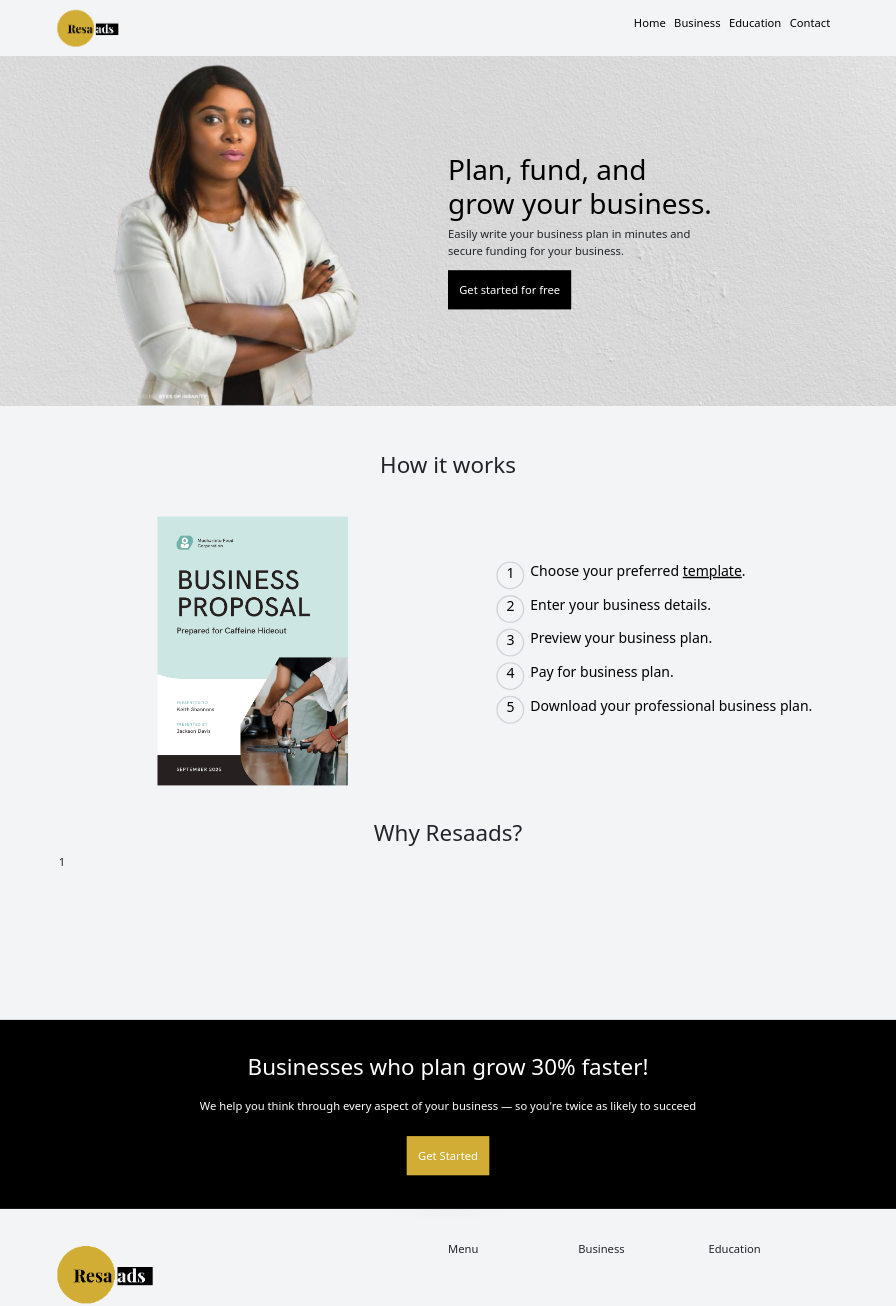
Repository: latenightsnacc/resaads-consults
Page: index.html
The author's editor kept a copy of each file at every save. The page is drawn from the files as they stood at one save, then again after the next save.
The browser window is 1280 px wide. The pictures show the whole page, at 70% of full size.
Some web libraries are served in a nearby version.

Above is the page before, as saved 2021-08-05 12:27:58.

### index.html
<!DOCTYPE html>
<html lang="en">
<head>
    <meta charset="UTF-8">
    <meta http-equiv="X-UA-Compatible" content="IE=edge">
    <meta name="viewport" content="width=device-width, initial-scale=1.0">
    <!--Tailwind Css-->
    <link href="https://unpkg.com/tailwindcss@^2/dist/tailwind.min.css" rel="stylesheet">
    <!--Bootstrap CSS-->
    <link href="https://cdn.jsdelivr.net/npm/bootstrap@5.0.0-beta3/dist/css/bootstrap.min.css" rel="stylesheet" integrity="sha384-eOJMYsd53ii+scO/bJGFsiCZc+5NDVN2yr8+0RDqr0Ql0h+rP48ckxlpbzKgwra6" crossorigin="anonymous">
    <!--Font Awesome 5 CDN-->
    <link href="https://cdnjs.cloudflare.com/ajax/libs/font-awesome/5.13.0/css/all.min.css" rel="stylesheet">
    <!--Material Icons-->
    <link href="https://fonts.googleapis.com/css?family=Material+Icons|Material+Icons+Outlined|Material+Icons+Two+Tone|Material+Icons+Round|Material+Icons+Sharp" rel="stylesheet">
    <!--Google Font-->
    <link rel="preconnect" href="https://fonts.gstatic.com">
    <link href="https://fonts.googleapis.com/css2?family=Archivo:wght@400;700&display=swap" rel="stylesheet">
    <!--Page Title-->
    <title>Resaads Consults</title>

    <style>
        .primary-bg {
            background-color: #d2ad35 ;
        }
        a.primary:hover {
            color: #d2ad35;
            font-weight: 500;
        }
        .border-yellow-800 {
            border-color: #d2ad35 !important;
        }
        #banner {
            background-image: url('assets/images/pexels-lorenzo-242236.jpg');
            background-size: cover;
        }

    </style>
</head>
<body class="bg-gray-100">
    <header class="container">
        <nav class="flex flex-row h-20 w-full justify-between items-center">
            <a href="index.html" class="w-24">
                <img src="assets/logos/Logo-150px-removebg-preview.png" alt="" class="w-full">
            </a>
            <ul class="flex flex-row">
                <li class="mr-3">
                    <a href="index.html" class="text-black no-underline primary">Home</a>
                </li>
                <li class="mr-3">
                    <a href="" class=" text-black no-underline primary">Business</a>
                </li>
                <li class="mr-3">
                    <a href="" class=" text-black no-underline primary">Education</a>
                </li>
                <li class="mr-3">
                    <a href="" class="text-black no-underline primary">Contact</a>
                </li>
            </ul>
        </nav>
    </header>
    <main>
        <section id="banner">
            <div class="container">
                <div class="flex flex-row">
                    <div class="w-1/2">
                        <img src="assets/images/Front-Banner-removebg-preview.png" alt="">
                    </div>
                    <div class="w-1/2 flex flex-col justify-center items-start">
                        <h1 class="text-black fontbold">
                            Plan, fund, and
                            <br/><span>grow your business.</span>
                        </h1>
                        <p>Easily write your business plan in minutes and <br/>secure funding for your business. </p>
                        <a href="#" class="">
                            <button class="bg-black text-white p-3">Get started for free</button>
                        </a>
                    </div>
                </div>
            </div>
        </section>
        <!--Spacer-->
        <div class="my-5"></div>
        <section id="how-it-works">
            <div class="container">
                <h2 class="text-center pt-3 pb-5">How it works</h2>
                <div class="flex flex-row">
                    <div class="w-1/2">
                        <div class="flex justify-center h-96">
                            <img class="h-full" src="assets/images/Businessplan.png" alt="">
                        </div>

                    </div>
                    <div class="w-1/2 ">
                        <div class="flex h-full flex-col items-center justify-center">
                            <ol class="text-xl">
                                <li class="mb-2 text-black flex flex-row group">
                                    <span class="d-block w-10 h-10 border-gray-300 border-2 rounded-full text-center pb-3 mr-2 group-hover:border-yellow-800">1</span><span>Choose your preferred <a href="#" class="text-black primary">template</a>.</span>
                                </li>
                                <li class="mb-2 text-black flex flex-row group">
                                    <span class="d-block w-10 h-10 border-gray-300 border-2 rounded-full text-center pb-3 mr-2 group-hover:border-yellow-800">2</span><span>Enter your business details.</span>
                                </li>
                                <li class="mb-2 text-black flex flex-row group">
                                    <span class="d-block w-10 h-10 border-gray-300 border-2 rounded-full text-center pb-3 mr-2 group-hover:border-yellow-800">3</span><span>Preview your business plan.</span>
                                </li>
                                <li class="mb-2 text-black flex flex-row group">
                                    <span class="d-block w-10 h-10 border-gray-300 border-2 rounded-full text-center pb-3 mr-2 group-hover:border-yellow-800">4</span><span>Pay for business plan.</span>
                                </li>
                                <li class="mb-2 text-black flex flex-row group">
                                    <span class="d-block w-10 h-10 border-gray-300 border-2 rounded-full text-center pb-3 mr-2 group-hover:border-yellow-800">5</span><span>Download your professional business plan.</span>
                                </li>

                            </ol>
                        </div>
                    </div>
                </div>
            </div>
        </section>
        <!--Spacer-->
        <div class="my-5"></div>
        <section id="why-resaads">
            <div class="container">
                <h2 class="text-center">Why Resaads?</h2>
                <div class="flex flex-row">
                    <div class="w-1/3">
                        <div class="relative w-56 h-48 hover:shadow-2xl border-2 border-gray-100">
                            <div class="absolute">
                                <span class="d-block">1</span>
                            </div>
                        </div>
                    </div>
                    <div class="w-1/3"></div>
                    <div class="w-1/3"></div>
                </div>
            </div>
        </section>
        <!--Spacer-->
        <div class="my-5"></div>
        <section class="bg-black text-white py-5">
            <div class="container">
                <h2 class="text-center">Businesses who plan grow 30% faster!</h2>
                <div class="flex flex-col items-center">
                    <p class="text-center py-3">We help you think through every aspect of your business — so you're twice as likely to succeed</p>
                    <a href="#" class="">
                        <button class="primary-bg text-white p-3 shadow-2xl">Get Started</button>
                    </a>
                </div>
            </div>
        </section>
    </main>
    <!--Spacer-->
    <div class="my-5"></div>
    <footer>
        <div class="container">
            <div class="flex flex-row">
                <div class="w-1/2">
                    <a href="index.html" class="w-36">
                        <img src="assets/logos/Logo-150px-removebg-preview.png" alt="" class="" data-title="Photo by Kampus Production from Pexels">
                    </a>
                </div>
                <div class="w-1/2">
                    <div class="flex flex-row">
                        <div class="w-1/3">
                            <h6>Menu</h6>
                        </div>
                        <div class="w-1/3">
                            <h6>Business</h6>
                        </div>
                        <div class="w-1/3">
                            <h6>Education</h6>
                        </div>
                    </div>
                </div>
            </div>
        </div>
    </footer>
</body>
</html>

After the next save:
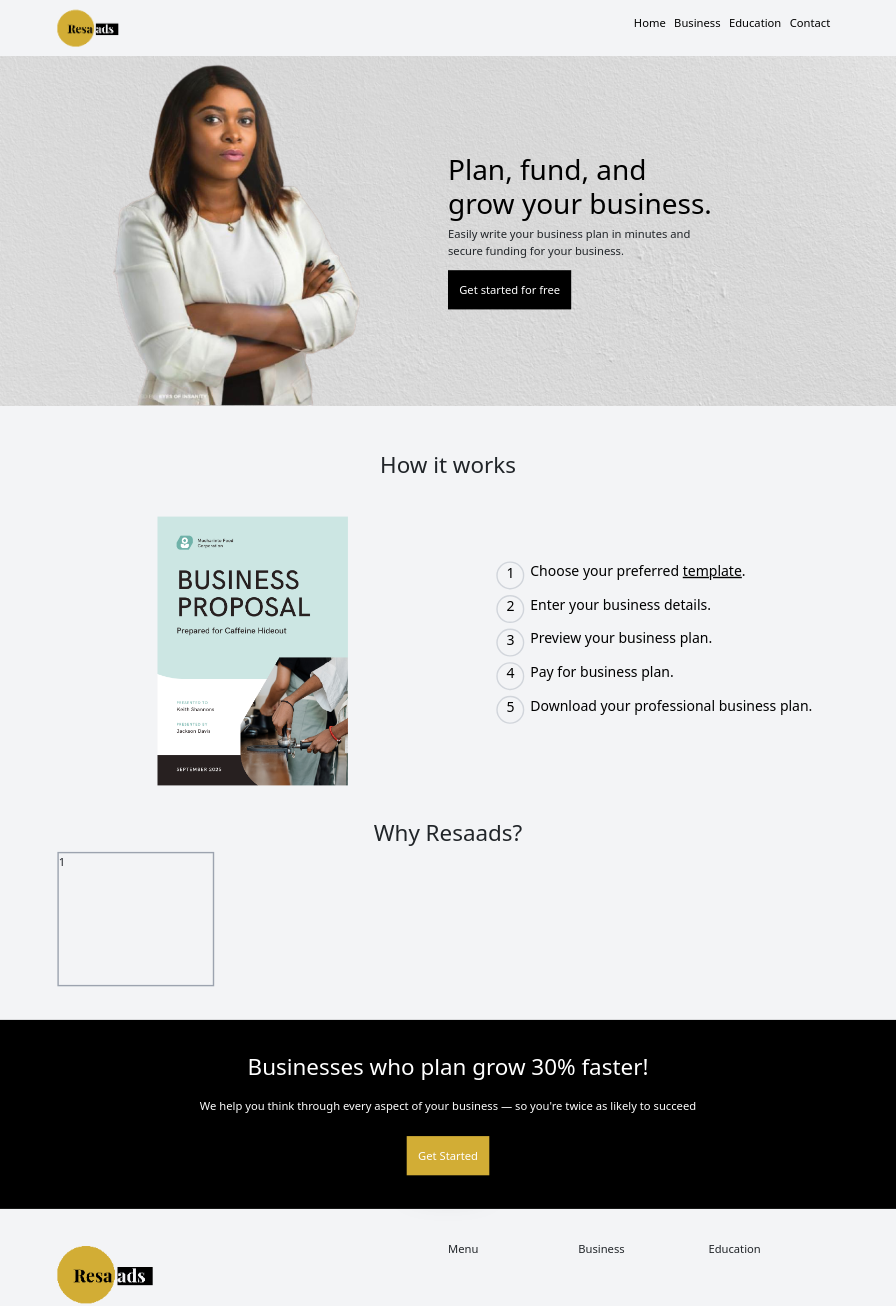
Saved 21 s later.
--- a/index.html
+++ b/index.html
@@ -122,7 +122,7 @@
                 <h2 class="text-center">Why Resaads?</h2>
                 <div class="flex flex-row">
                     <div class="w-1/3">
-                        <div class="relative w-56 h-48 hover:shadow-2xl border-2 border-gray-100">
+                        <div class="relative w-56 h-48 hover:shadow-2xl border-2 border-gray-400">
                             <div class="absolute">
                                 <span class="d-block">1</span>
                             </div>
